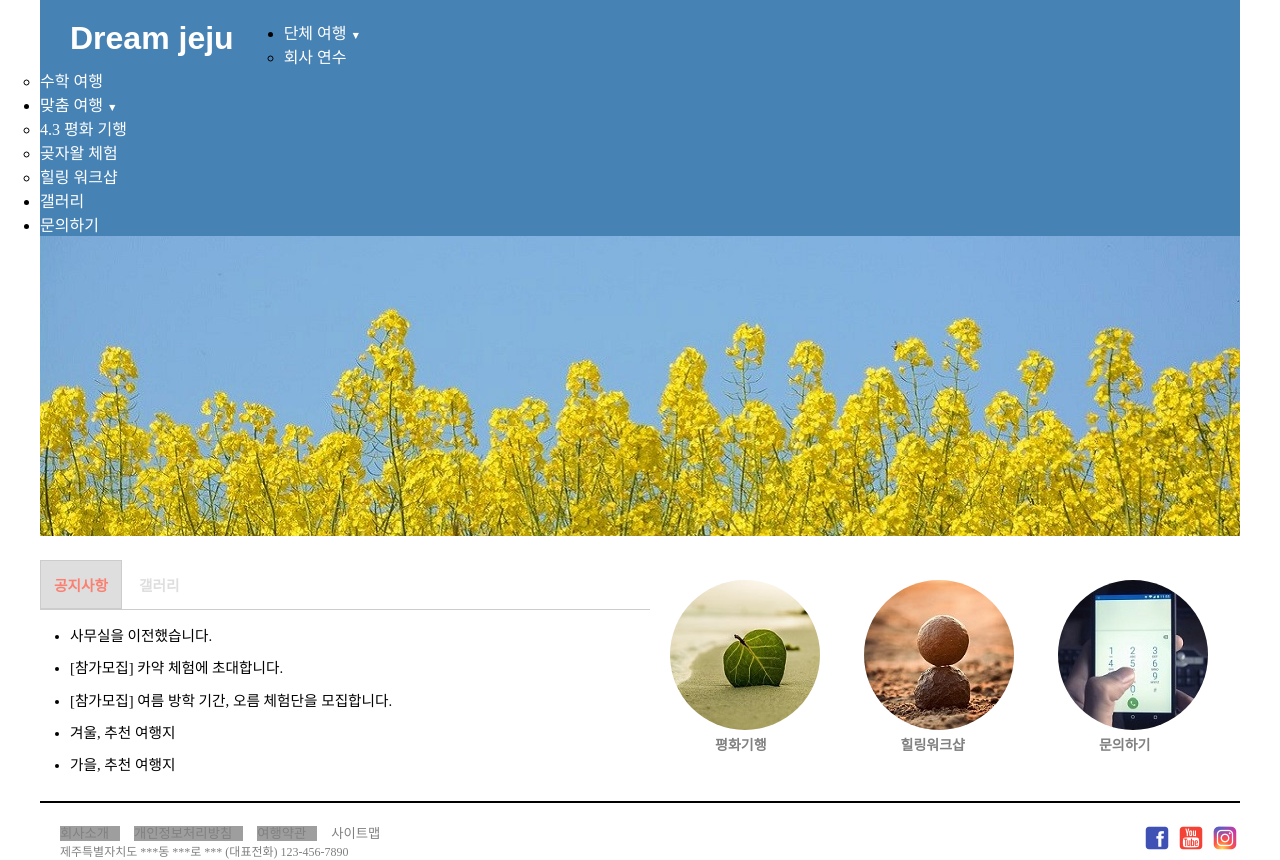
Repository: Gmajorlist/HTML
Page: webProject/src/main/webapp/index.html
These files come from the project's save history. The page is drawn as it stood at one moment and after the next save; the edit follows.
The browser window is 1280 px wide. The pictures show the whole page.
Pictures or frames that could not be fetched are drawn as grey boxes. Some web fonts or font styles are not loaded; a fallback is used.

Above is the page before, as saved 2023-03-22 13:38:20.
Console error: TypeError: Cannot read properties of null (reading 'click')

### webProject/src/main/webapp/index.html
<!DOCTYPE html>
<html>

<head>
<meta charset="UTF-8">
<title>Insert title here</title>
<link rel="stylesheet" href="css/style.css">
</head>

<body>
	<div id="wrap">
		<div id="header">
			<div id="logo">
				<h1>
					<a href="#">Dream jeju</a>
				</h1>
			</div>
			<ul id="mainMenu">
				<li><a href="#">단체 여행 <span class="drop" data-bs-toggle="dropdown">▼</span></a>
					<ul class="subMenu">
						<li><a href="#">회사 연수</a></li>
						<li><a href="#">수학 여행</a></li>
					</ul></li>
				<li><a href="#">맞춤 여행 <span class="drop" data-bs-toggle="dropdown">▼</span></a>
					<ul class="subMenu">
						<li><a href="#">4.3 평화 기행</a></li>
						<li><a href="#">곶자왈 체험</a></li>
						<li><a href="#">힐링 워크샵</a></li>
					</ul></li>
				<li><a href="#">갤러리</a></li>
				<li><a href="#">문의하기</a></li>
			</ul>
		</div>
		<!-- header -->

		<div id="banner">
			<img src="image/photo-1.jpg">
		</div>

		<div id="contentWrap">
			<div id="content1">
				<div id="tab">
					<button class="tablinks active" onclick="openTab(event, 'notice')">공지사항</button>
					<button class="tablinks" onclick="openTab(event, 'gallery')">갤러리</button>
				</div>
				<div id="notice" class="tabcontent" style="display: inline;">
					<ul>
						<li><a href="#">사무실을 이전했습니다.</a></li>
						<li><a href="#">[참가모집] 카약 체험에 초대합니다.</a></li>
						<li><a href="#">[참가모집] 여름 방학 기간, 오름 체험단을 모집합니다.</a></li>
						<li><a href="#">겨울, 추천 여행지</a></li>
						<li><a href="#">가을, 추천 여행지</a></li>
					</ul>
				</div>
				<!--notice-->
				<div id="gallery" class="tabcontent">
					<img src="image/img-1.jpg" alt="Image1" /> <img
						src="image/img-2.jpg" alt="Image2" /> <img
						src="image/img-3.jpg" alt="Image3" /> <img
						src="image/img-1.jpg" alt="Image4" /> <img
						src="image/img-2.jpg" alt="Image5" /> <img
						src="image/img-3.jpg" alt="Image6" />
				</div>
			</div>
			<!--content1-->

			<div id="content2">
				<a href="#"><img src="image/icon-1.jpg" alt="평화기행"></a> <a
					href="#"><img src="image/icon-2.jpg" alt="힐링워크샵"></a> <a
					href="#"><img src="image/icon-3.jpg" alt="문의하기"></a>
				<div id="content2Name">
					<a href="#">평화기행</a> <a href="#"> 힐링워크샵</a> <a href="#"> 문의하기</a>
				</div>
			</div>
			<!--content2-->
		</div>
		<!--contentWrap-->

		<div id="footerWrap">
			<div id="footer1">
				<div id="footerMenu">
					<a href="#">회사소개</a> <a href="#">개인정보처리방침</a> <a href="#">여행약관</a>
					<a href="#">사이트맵</a>
				</div>
				<span id="footerAddress"> 제주특별자치도 ***동 ***로 *** (대표전화)
					123-456-7890 </span>
			</div>
			<div id="footer2">
				<a href="#"><img src="image/sns-1.png"
					onclick="location.href='https://ko-kr.facebook.com/'"></a> <a
					href="#"><img src="image/sns-2.png"
					onclick="location.href='https://www.youtube.com/'"></a> <a
					href="#"><img src="image/sns-3.png"
					onclick="location.href='https://www.instagram.com/'"></a>
			</div>
		</div>
		<!--footerWrap-->
	</div>
	<!--wrap-->

<script type="text/javascript">
function openTab(evt, tabName = 'notice') {
     var i, tabcontent, tablinks;
     tabcontent = document.getElementsByClassName("tabcontent");

     for (i = 0; i < tabcontent.length; i++) {
       tabcontent[i].style.display = "none";
     }

     tablinks = document.getElementsByClassName("tablinks");

     for (i = 0; i < tablinks.length; i++) {
       tablinks[i].className = tablinks[i].className.replace(" active", "");
     }

     document.getElementById(tabName).style.display = "block";
     evt.currentTarget.className += " active";
   }

   document.getElementById('defaultOpen').click();
</script>
</body>
</html>

### webProject/src/main/webapp/css/style.css
@charset "UTF-8";

@import url('https://fonts.googleapis.com/css2?family=Merienda:wght@700&display=swap');

* {
    padding: 0;
    margin: 0;
}

#header a,
#header a:active,
#header a:visited {
    text-decoration: none;
    color: white;
}

#wrap {
    margin-left: auto;
    margin-right: auto;
    width: 1200px;
}

#header {
    background-color: steelblue;
    padding-top: 20px;
}

#logo {
    font-family: 'Merienda', sans-serif;
    color: white;
    float: left;
    padding-left: 30px;
    padding-right: 50px;
}

.drop {
    font-size: 8pt;
}

#Menu:after {
    display: block;
    content: '';
    clear: both;
}

#Menu li {
    width: 140px;
    font-size: 12pt;
    font-weight: bold;
    list-style: none;
    position: relative;
    float: left;
    text-align: center;
    background: steelblue;
    line-height: 70px;
    color: #fff;
}

#Menu a:hover{
    color: lightsalmon;
}

#Menu li:hover .subMenu {
    display: block;
}

#Menu .subMenu {
    display: none;
    position: absolute;
}

#Menu .subMenu a {
    display: block;
    background: steelblue;
    color: #fff;
}

#Menu .subMenu a:hover {
    display: block;
    color: lightsalmon;
}

#notice a {
    text-decoration: none;
    color: black;
}

#notice a:hover {
    text-decoration: underline;
}

#content1 {
    display: inline-block;
    width: 610px;
}

#content2 {
    width: 590px;
    float: right;
    margin-top: 40px;
}

#content2 img {
    padding: 0 20px;
}

#content2Name {
    color: gray;
}

#content2Name a {
    font-size: 10.5pt;
    font-weight: bold;
    padding: 0 65px;
    text-decoration: none;
}

#content2Name a,
#content2Name a:hover,
#content2Name a:visited {
    text-decoration: 0;
    color: gray;
}

#tab {
    margin-top: 20px;
    margin-bottom: 10px;
    border-bottom: solid 1px #ccc;
}

#tab button {
    cursor: pointer;
    padding: 13px;
    font-size: 11pt;
    border: 0;
    font-weight: bold;
    background: white;
    color: #DEDEDE;
}

#tab button:hover{
    color: black;
}

#tab button.active {
    border: 1px solid #ccc;
    background: #DEDEDE;
    color: salmon;
}

.tabcontent {
    display: none;
}

#tab a {
    color: gray;
    text-decoration: none;
}

#tab a:visited {
    color: black;
}

#content2 img {
    border-radius: 70%;
    width: 150px;
    height: 150px;
}

#notice ul {
    padding-left: 30px;
    line-height: 2.2;
    font-size: 11pt;
}

#contentWrap {
    padding-bottom: 20px;
    border-bottom: 2px solid black;
}

#content2Name {
    padding: 0;
    margin: 0;
}

#footerWrap {
    padding-top: 20px;
    width: 1200px;
}

#footer1 {
    padding: 0 20px;
    display: inline-block;
}

#footerWrap a,
#footerWrap a:hover,
#footerWrap a:visited {
    text-decoration: none;
    color: gray;
    font-size: 10pt;
}

#footerMenu a {
    padding-right: 11px;
    margin-right: 10px;
    background: url("../images/bg_footermenu.png") no-repeat 100% 50%;
}

#footerMenu a:last-child {
    background: none;
}

#footerAddress {
    padding-top: 15px;
    color: gray;
    font-size: 9pt;
}

#footer2 {
    float: right;
}

After the next save:
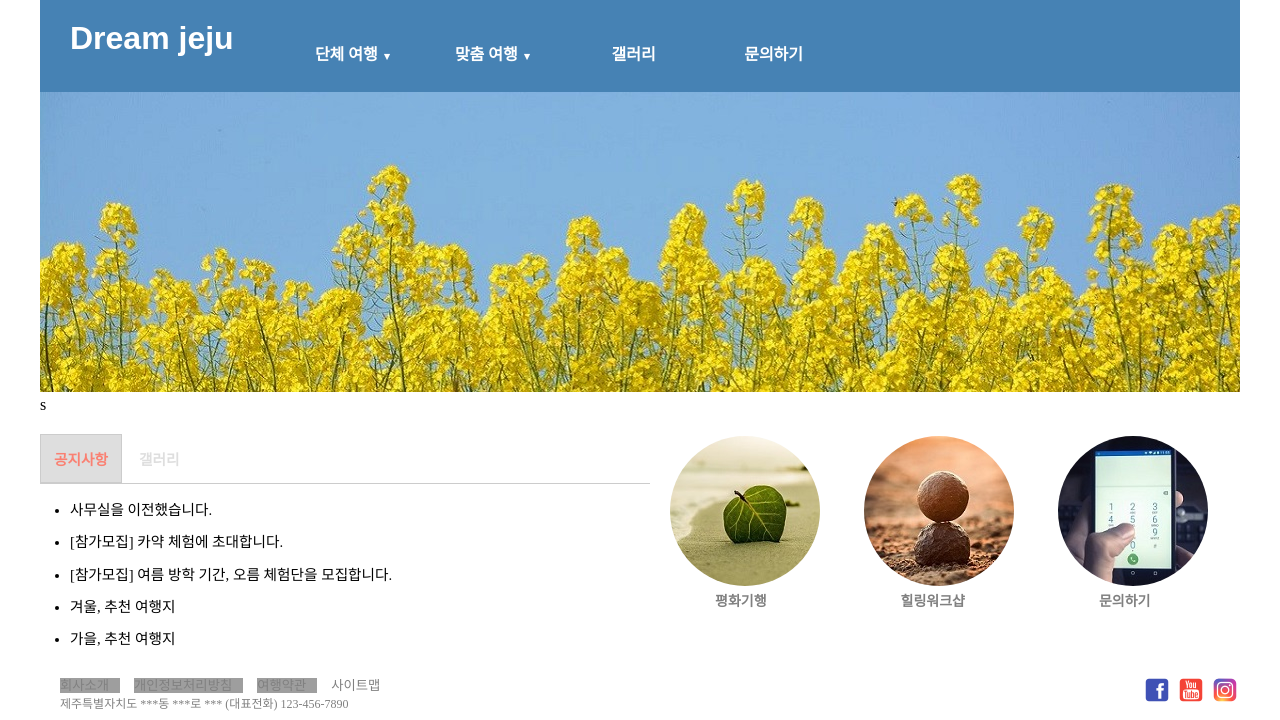
Saved 76 s later.
--- a/webProject/src/main/webapp/index.html
+++ b/webProject/src/main/webapp/index.html
@@ -15,7 +15,7 @@
 					<a href="#">Dream jeju</a>
 				</h1>
 			</div>
-			<ul id="mainMenu">
+			<ul id="Menu">
 				<li><a href="#">단체 여행 <span class="drop" data-bs-toggle="dropdown">▼</span></a>
 					<ul class="subMenu">
 						<li><a href="#">회사 연수</a></li>
@@ -37,11 +37,11 @@
 			<img src="image/photo-1.jpg">
 		</div>
 
-		<div id="contentWrap">
-			<div id="content1">
+		<div id="content">
+			<div id="content1">s
 				<div id="tab">
-					<button class="tablinks active" onclick="openTab(event, 'notice')">공지사항</button>
-					<button class="tablinks" onclick="openTab(event, 'gallery')">갤러리</button>
+					<button class="tablink active" onclick="openTab(event, 'notice')">공지사항</button>
+					<button class="tablink" onclick="openTab(event, 'gallery')">갤러리</button>
 				</div>
 				<div id="notice" class="tabcontent" style="display: inline;">
 					<ul>
